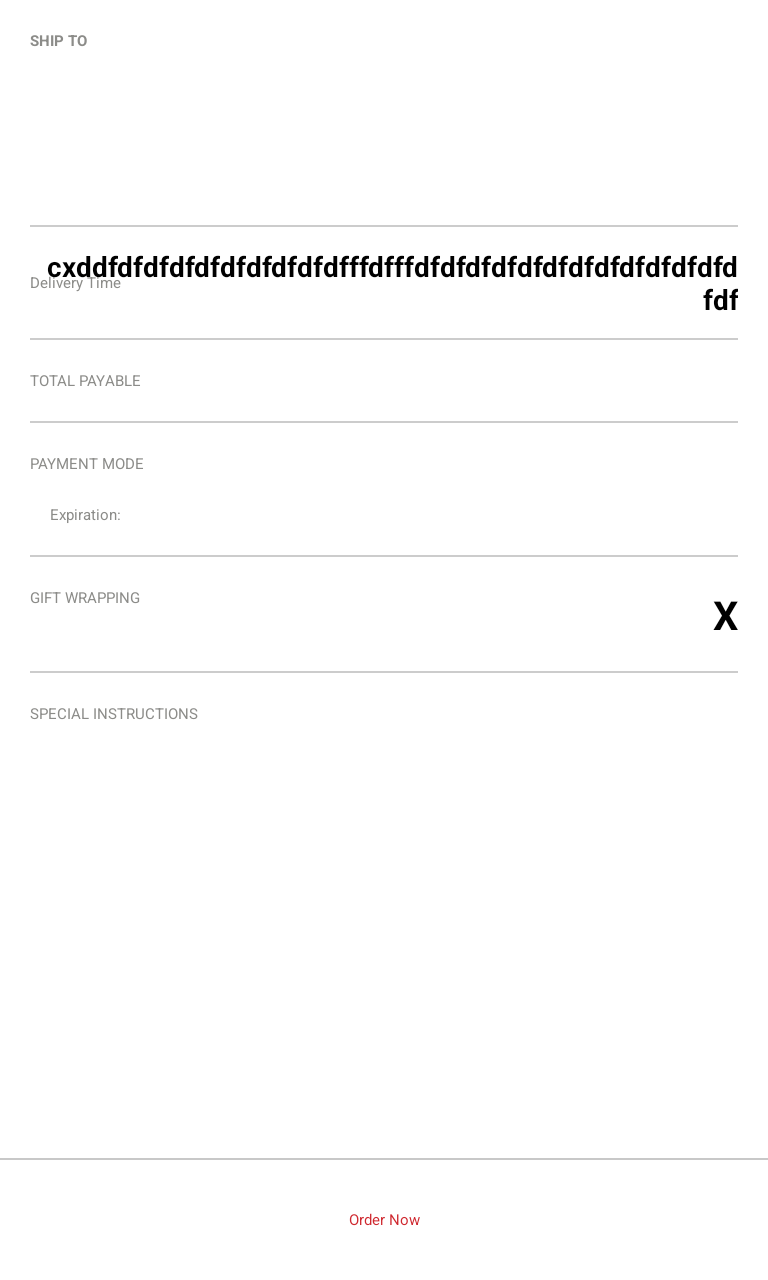
Repository: brijendratiwari/beerrightnow_Android-
Layout: BeerRightNow/res/layout/confirm_order.xml
The author's editor kept a copy of each file at every save. The layout is drawn from the files as they stood at one save, then again after the next save.
It is drawn on a 768 x 1280 px phone screen (xhdpi) without system bars, with theme Theme.Sherlock.Light; the app's code is not run.

Above is the layout before, as saved 2016-01-19 08:32:41.

After the next save:
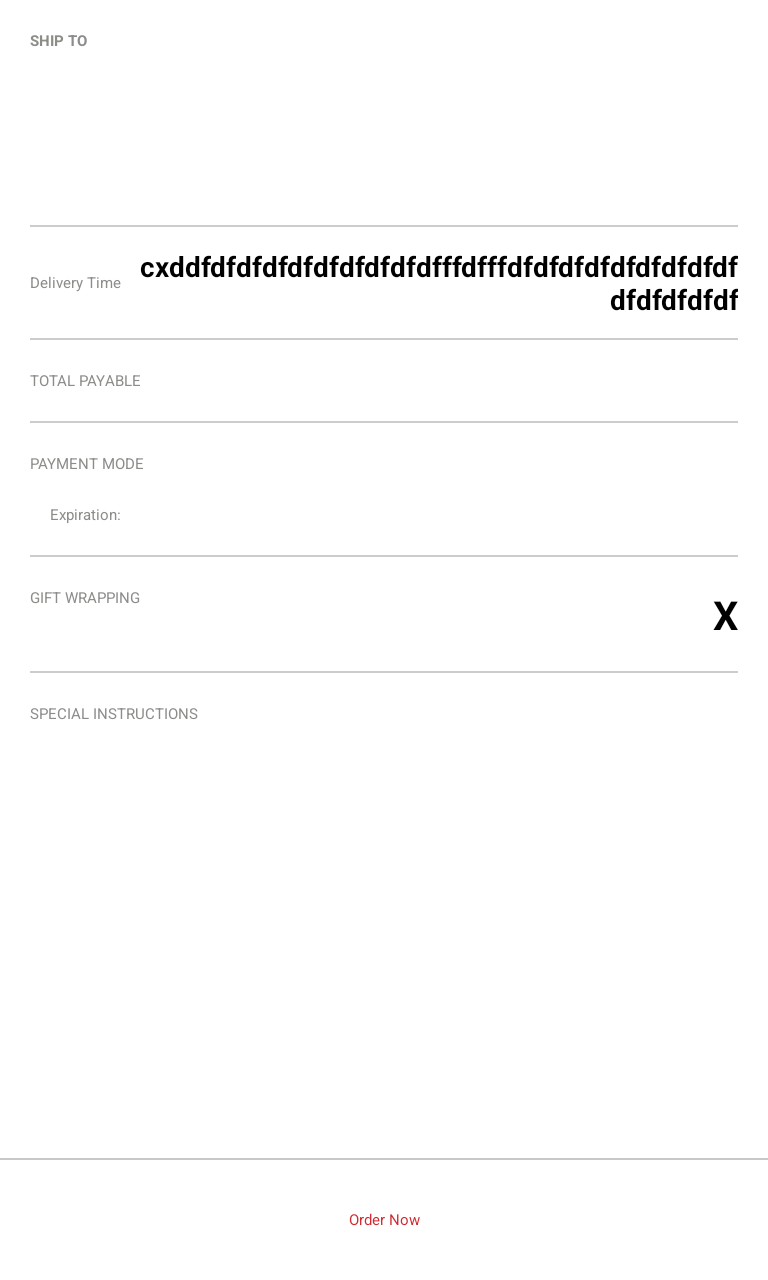
Saved 11 s later.
--- a/BeerRightNow/res/layout/confirm_order.xml
+++ b/BeerRightNow/res/layout/confirm_order.xml
@@ -96,7 +96,7 @@
                     android:layout_alignParentRight="true"
                     android:layout_centerVertical="true"
                     android:drawablePadding="7dp"
-                    android:layout_toRightOf="@+id/deliverytxt"
+                    android:layout_toRightOf="@+id/deliverytxtview"
                    	android:maxLines="2"
                     android:paddingLeft="5dp"
                     android:text="cxddfdfdfdfdfdfdfdfdfdfffdfffdfdfdfdfdfdfdfdfdfdfdfdfdfdf"
